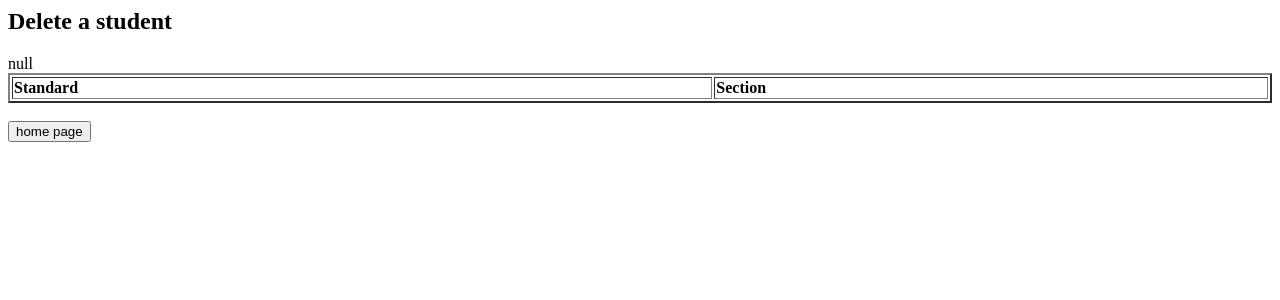
Repository: anithagnana123/Simplilearn_Phase2_project
Page: http://localhost/phase2-project/deletestudent.jsp
An editor plug-in stored every save of this project. The page is shown before and after the next save, followed by the edit.
The browser window is 1280 px wide. The pictures show the whole page.
The page is served by Tomcat 9. Other server files are loaded and not shown.

Above is the page before, as saved 2022-10-21 07:31:37.

### phase2-project/src/main/webapp/deletestudent.jsp
<%@ taglib prefix="c" uri="http://java.sun.com/jsp/jstl/core"%>
<%@ taglib prefix="sql" uri="http://java.sun.com/jsp/jstl/sql"%>
<html>
<head>
    <title>viewclass-list</title>
</head>
<body>
    <sql:setDataSource
    var="database"
    driver="com.mysql.cj.jdbc.Driver"
     url="jdbc:mysql://localhost:3306/learners_academy_test?allowPublicKeyRetrieval=true&useSSL=false"
     user="root"
     password="123456"
     />


<h2>Delete a student</h2>
<%= request.getParameter("s1")%>
<sql:query var="rs" dataSource="${database}">
    DELETE * FROM student_info where student_id = s1;
</sql:query>
<table border="2" width="100%">
    <tr>
        <td><b>Standard</b></td>
        <td><b>Section</b></td>
    </tr>

    <c:forEach var="class_info" items="${rs.rows}">
        <tr>
            <td> <c:out value="${class_info.standard}"/> </td>
            <td> <c:out value="${class_info.class_sec}"/> </td>
        </tr>
    </c:forEach>
</table>

<form action='welcome' method='get'>
	 <br> <input type='submit' value='home page'/>
</form>

</body>
</html>

After the next save:
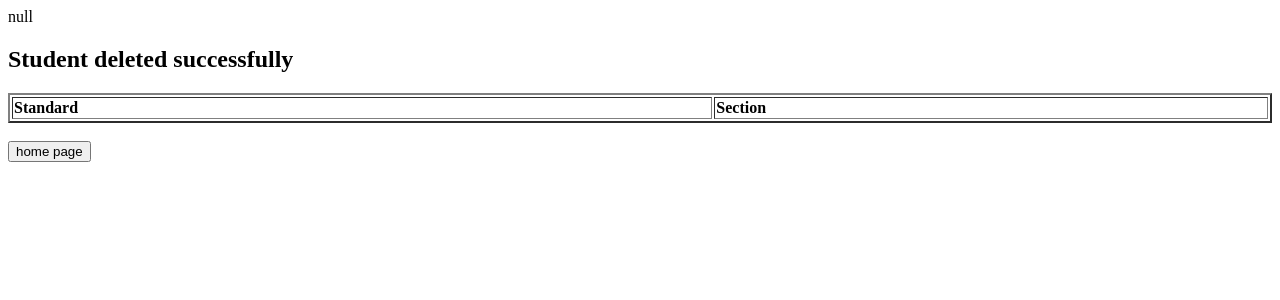
Saved 2 min 9 s later.
--- a/phase2-project/src/main/webapp/deletestudent.jsp
+++ b/phase2-project/src/main/webapp/deletestudent.jsp
@@ -5,17 +5,17 @@
     <title>viewclass-list</title>
 </head>
 <body>
+    <%= request.getParameter("s1")%>
+    <h2>Student deleted successfully</h2>
     <sql:setDataSource
-    var="database"
-    driver="com.mysql.cj.jdbc.Driver"
+     var="database"
+     driver="com.mysql.cj.jdbc.Driver"
      url="jdbc:mysql://localhost:3306/learners_academy_test?allowPublicKeyRetrieval=true&useSSL=false"
      user="root"
      password="123456"
      />
 
 
-<h2>Delete a student</h2>
-<%= request.getParameter("s1")%>
 <sql:query var="rs" dataSource="${database}">
     DELETE * FROM student_info where student_id = s1;
 </sql:query>
